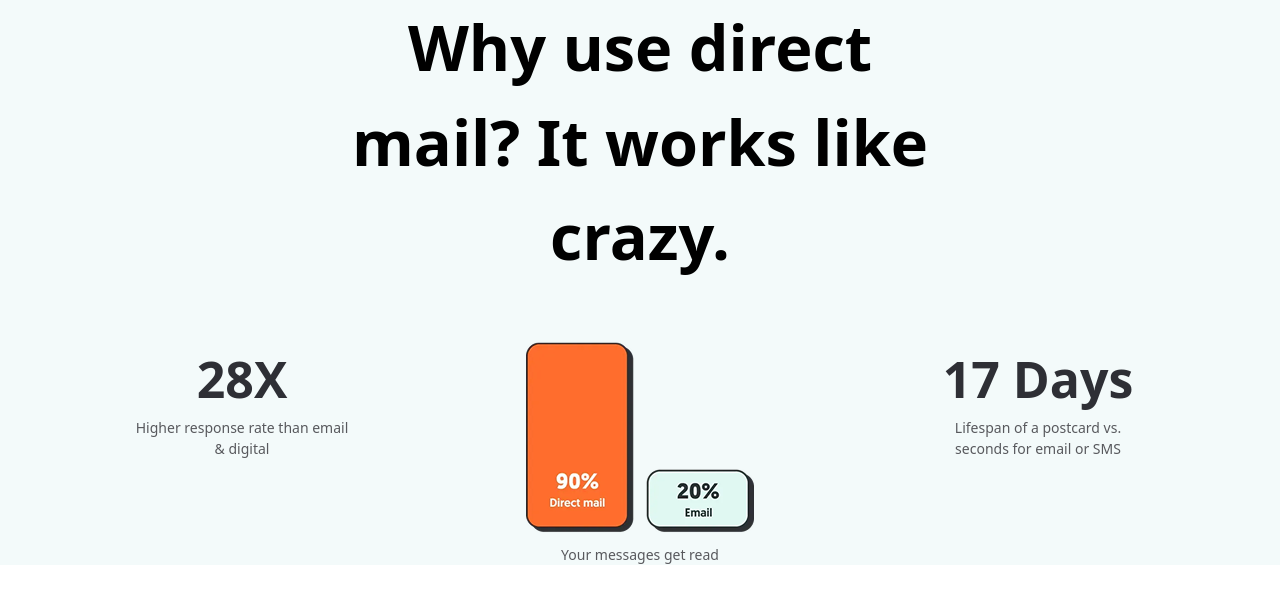
Repository: trusha97/postpilot
Page: mailsende.html
The author's editor kept a copy of each file at every save. The page is drawn from the files as they stood at one save, then again after a run of saves.
The browser window is 1280 px wide. The pictures show the whole page.
Some web libraries are served in a nearby version.

Above is the page before, as saved 2025-05-21 15:04:40.

After the next 2 saves:
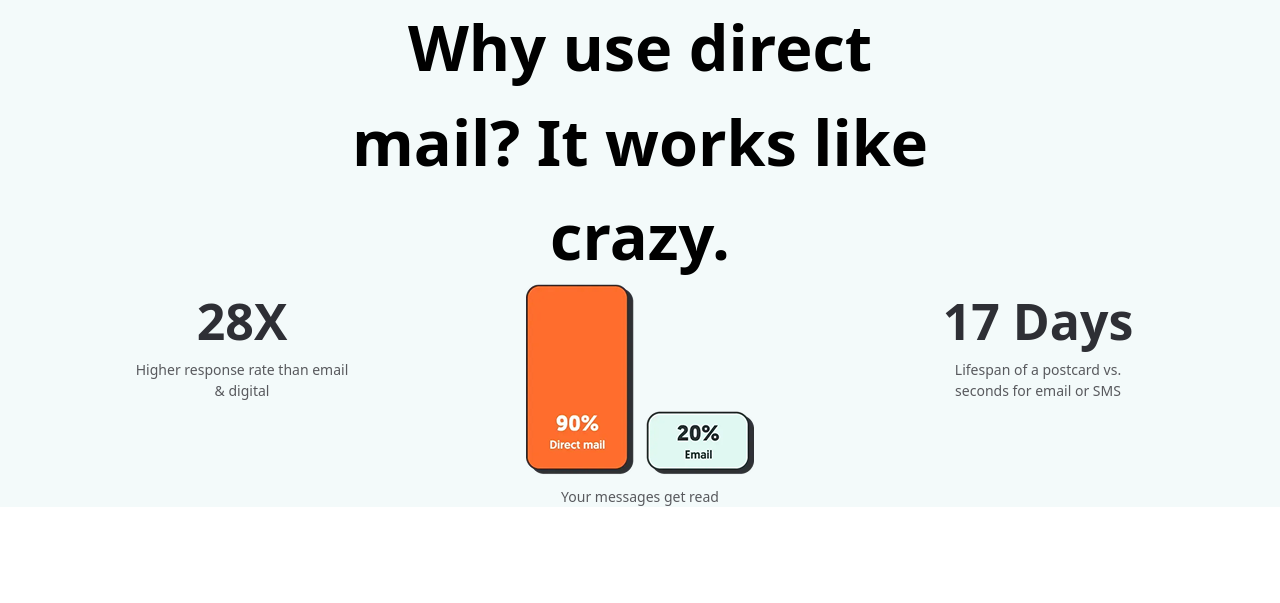
The 2 saves are shown as one change because they came seconds apart.
The last was saved 87 s later.
--- a/mailsende.html
+++ b/mailsende.html
@@ -15,7 +15,7 @@
             <p class="text-[63px] max-w-[615px] text-center mx-auto font-bold">Why use direct mail?
                 It <span>works</span> like crazy.</p>
         </div>
-        <div class="flex flex-wrap justify-center lg:gap-[170px] gap-[60px] mt-[58px] mx-auto ">
+        <div class="flex flex-wrap justify-center lg:gap-[170px] gap-[60px] mx-auto ">
             <div class="w-full sm:w-[45%] md:w-[30%] max-w-[228px] text-center">
                 <h2 class="text-[63px] font-bold text-[#2E2F35] md:text-[50px] sm:text-[30px]">28X</h2>
                 <p class="text-[14px] font-medium text-[#58595D]">
